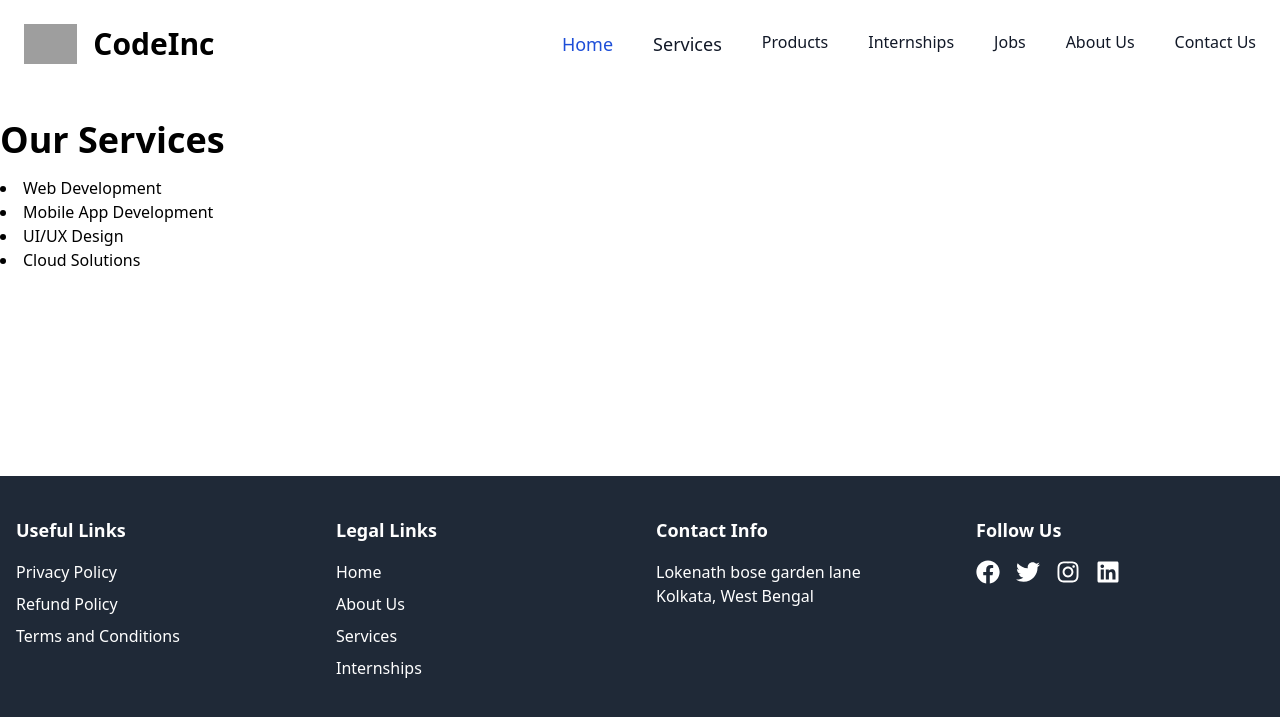
Repository: Charith117/CodeInc-Project
Page: /services (app in frontend/)
The author's editor kept a copy of each file at every save. The page is drawn from the files as they stood at one save, then again after the next save.
The browser window is 1280 px wide. The pictures show the whole page.
Pictures or frames that could not be fetched are drawn as grey boxes. The project was rebuilt for these pictures with package versions that can differ from the ones it lists, and the page was loaded fresh each time. Some packages were replaced by stand-ins written for this rebuild. Also part of the build but not shown: frontend/vite.config.js, frontend/src/services/api.js, frontend/src/pages/Home.jsx, frontend/src/pages/Products.jsx, frontend/src/components/InternShipFieldCard.jsx, frontend/src/pages/Internships.jsx, frontend/src/pages/Jobs.jsx, frontend/src/pages/Verification.jsx and 2 more.

Above is the page before, as saved 2024-09-15 17:02:12.

After the next save:
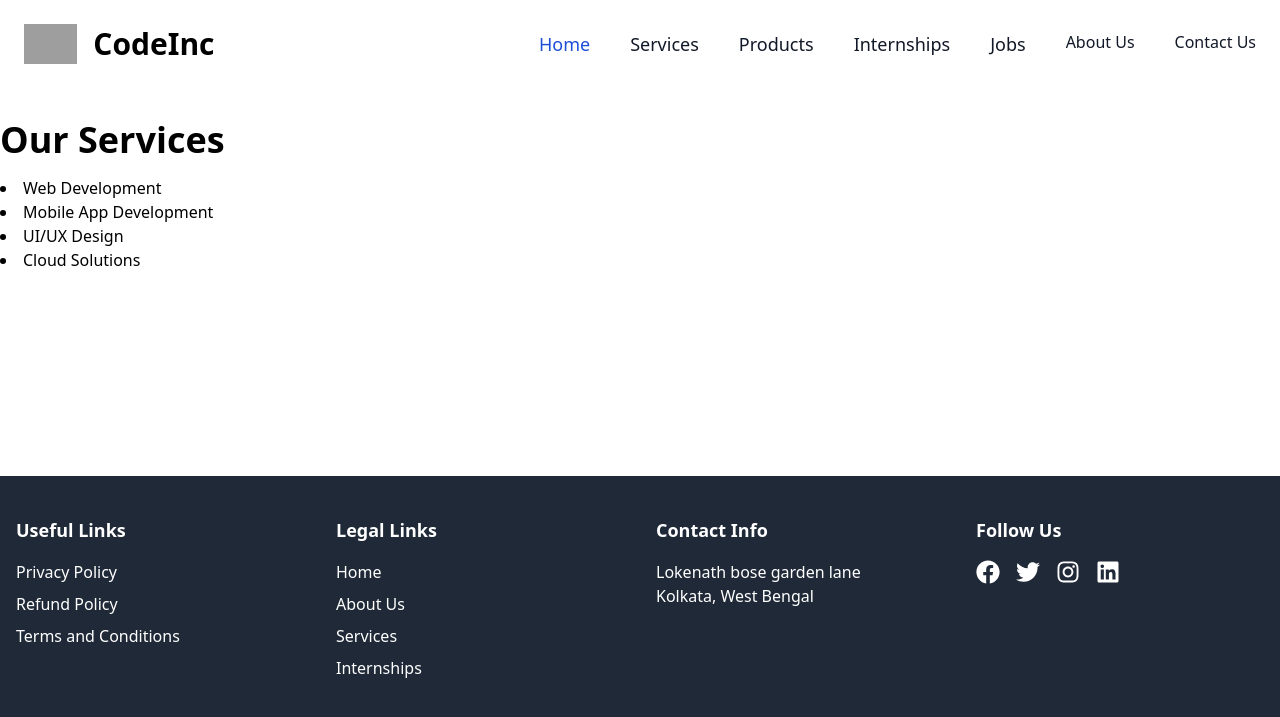
Saved 4 s later.
--- a/frontend/src/components/Navigation.jsx
+++ b/frontend/src/components/Navigation.jsx
@@ -21,13 +21,13 @@ function Navigation() {
               <Link to="/services" className="block py-3 pl-4 pr-5 text-lg text-gray-900 rounded hover:bg-gray-100 md:hover:bg-transparent md:border-0 md:hover:text-blue-700 md:p-0 dark:text-white md:dark:hover:text-blue-500 dark:hover:bg-gray-700 dark:hover:text-white md:dark:hover:bg-transparent">Services</Link>
             </li>
             <li>
-              <Link to="/products" className="block py-2 pl-3 pr-4 text-gray-900 rounded hover:bg-gray-100 md:hover:bg-transparent md:border-0 md:hover:text-blue-700 md:p-0 dark:text-white md:dark:hover:text-blue-500 dark:hover:bg-gray-700 dark:hover:text-white md:dark:hover:bg-transparent">Products</Link>
+              <Link to="/products" className="block py-3 pl-4 pr-5 text-lg text-gray-900 rounded hover:bg-gray-100 md:hover:bg-transparent md:border-0 md:hover:text-blue-700 md:p-0 dark:text-white md:dark:hover:text-blue-500 dark:hover:bg-gray-700 dark:hover:text-white md:dark:hover:bg-transparent">Products</Link>
             </li>
             <li>
-              <Link to="/internships" className="block py-2 pl-3 pr-4 text-gray-900 rounded hover:bg-gray-100 md:hover:bg-transparent md:border-0 md:hover:text-blue-700 md:p-0 dark:text-white md:dark:hover:text-blue-500 dark:hover:bg-gray-700 dark:hover:text-white md:dark:hover:bg-transparent">Internships</Link>
+              <Link to="/internships" className="block py-3 pl-4 pr-5 text-lg text-gray-900 rounded hover:bg-gray-100 md:hover:bg-transparent md:border-0 md:hover:text-blue-700 md:p-0 dark:text-white md:dark:hover:text-blue-500 dark:hover:bg-gray-700 dark:hover:text-white md:dark:hover:bg-transparent">Internships</Link>
             </li>
             <li>
-              <Link to="/jobs" className="block py-2 pl-3 pr-4 text-gray-900 rounded hover:bg-gray-100 md:hover:bg-transparent md:border-0 md:hover:text-blue-700 md:p-0 dark:text-white md:dark:hover:text-blue-500 dark:hover:bg-gray-700 dark:hover:text-white md:dark:hover:bg-transparent">Jobs</Link>
+              <Link to="/jobs" className="block py-3 pl-4 pr-5 text-lg text-gray-900 rounded hover:bg-gray-100 md:hover:bg-transparent md:border-0 md:hover:text-blue-700 md:p-0 dark:text-white md:dark:hover:text-blue-500 dark:hover:bg-gray-700 dark:hover:text-white md:dark:hover:bg-transparent">Jobs</Link>
             </li>
             <li>
               <Link to="/about-us" className="block py-2 pl-3 pr-4 text-gray-900 rounded hover:bg-gray-100 md:hover:bg-transparent md:border-0 md:hover:text-blue-700 md:p-0 dark:text-white md:dark:hover:text-blue-500 dark:hover:bg-gray-700 dark:hover:text-white md:dark:hover:bg-transparent">About Us</Link>
